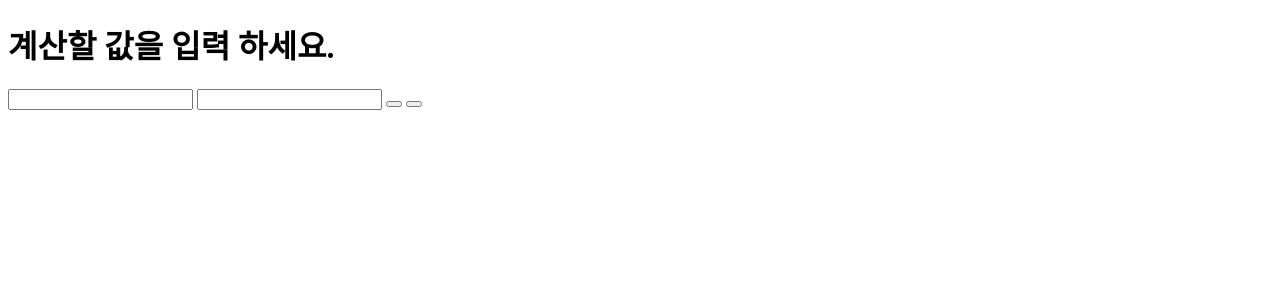
Repository: soyamilk0705/spring-newlecture
Page: ServeltAndJsp/JSPPrj/WebContent/calc.html
These files come from the project's save history. The page is drawn as it stood at one moment and after the next save; the edit follows.
The browser window is 1280 px wide. The pictures show the whole page.

Above is the page before, as saved 2024-01-06 06:00:51.

### ServeltAndJsp/JSPPrj/WebContent/calc.html
<!DOCTYPE html>
<html>
<head>
<meta charset="UTF-8">
<title>Insert title here</title>
</head>
<body>
	<h1>계산할 값을 입력 하세요.</h1>
	<div>
		<form action="/calc" method="post">
			<input type="text" name="x">
			<input type="text" name="y">
			<button type="submit" value="덧셈"></button>
			<button type="submit" value="뺄셈"></button>
		</form>
	</div>
</body>
</html>

After the next save:
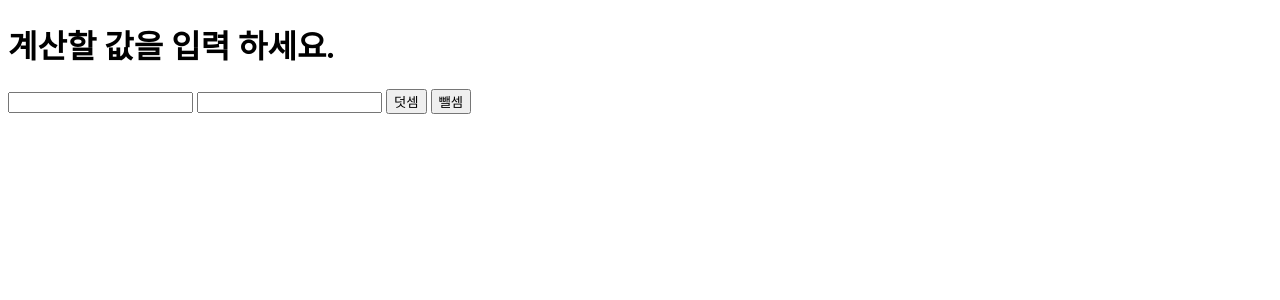
Saved 65 s later.
--- a/ServeltAndJsp/JSPPrj/WebContent/calc.html
+++ b/ServeltAndJsp/JSPPrj/WebContent/calc.html
@@ -10,8 +10,8 @@
 		<form action="/calc" method="post">
 			<input type="text" name="x">
 			<input type="text" name="y">
-			<button type="submit" value="덧셈"></button>
-			<button type="submit" value="뺄셈"></button>
+			<input type="submit" value="덧셈"></input>
+			<input type="submit" value="뺄셈"></input>
 		</form>
 	</div>
 </body>
